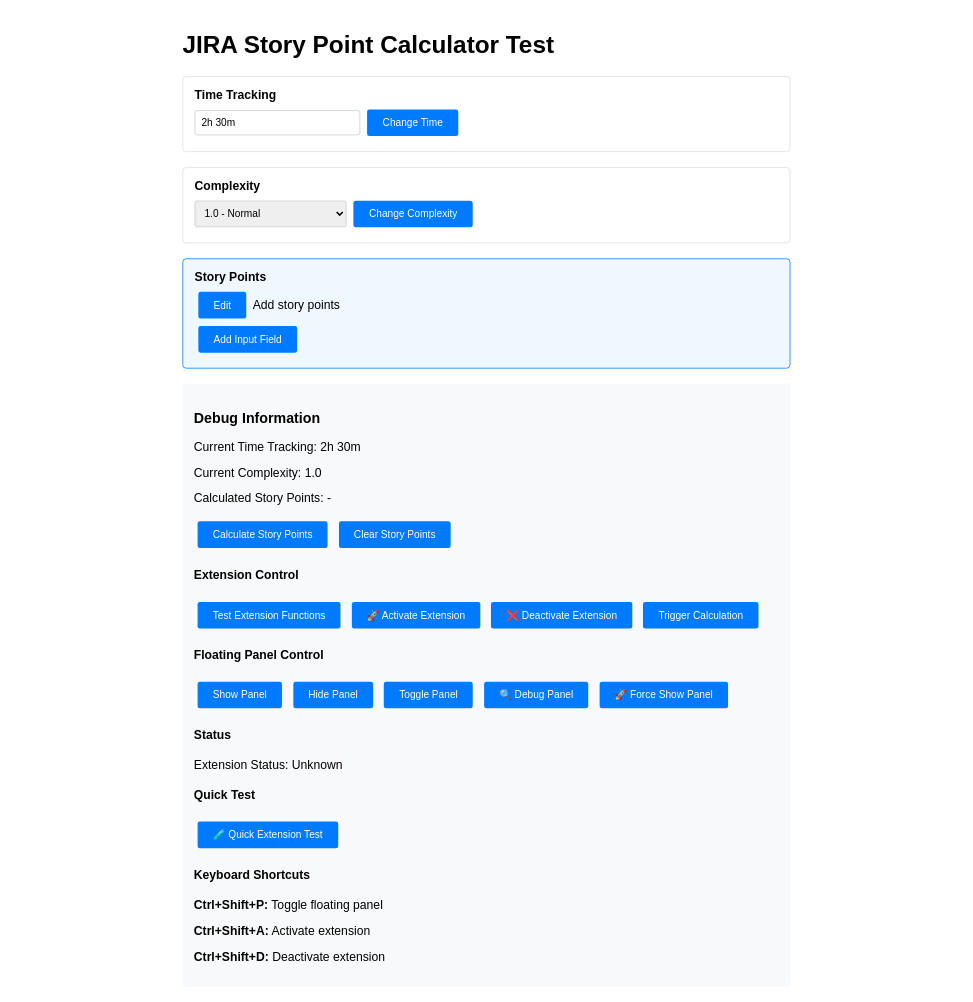
Repository: nirazanbasnet/jira-story-point-calculator
Page: test.html
An editor plug-in stored every save of this project. The page is shown before and after the next save, followed by the edit.
The browser window is 1280 px wide. The pictures show the whole page, at 76% of full size.

Above is the page before, as saved 2025-09-01 19:46:50.

### test.html
<!DOCTYPE html>
<html lang="en">

<head>
    <meta charset="UTF-8">
    <meta name="viewport" content="width=device-width, initial-scale=1.0">
    <title>JIRA Story Point Calculator Test</title>
    <style>
        body {
            font-family: Arial, sans-serif;
            max-width: 800px;
            margin: 0 auto;
            padding: 20px;
        }

        .field-group {
            margin: 20px 0;
            padding: 15px;
            border: 1px solid #ddd;
            border-radius: 5px;
        }

        .field-label {
            font-weight: bold;
            margin-bottom: 5px;
        }

        input,
        select {
            padding: 8px;
            border: 1px solid #ccc;
            border-radius: 3px;
            width: 200px;
        }

        .story-point-field {
            background-color: #f0f8ff;
            border-color: #007bff;
        }

        .debug-info {
            background-color: #f8f9fa;
            padding: 15px;
            border-radius: 5px;
            margin-top: 20px;
        }

        button {
            background-color: #007bff;
            color: white;
            padding: 10px 20px;
            border: none;
            border-radius: 3px;
            cursor: pointer;
            margin: 5px;
        }

        button:hover {
            background-color: #0056b3;
        }
    </style>
</head>

<body>
    <h1>JIRA Story Point Calculator Test</h1>

    <div class="field-group">
        <div class="field-label">Time Tracking</div>
        <input type="text" id="time-tracking" name="time-tracking" placeholder="e.g., 2h 30m" value="2h 30m">
        <button onclick="changeTimeTracking()">Change Time</button>
    </div>

    <div class="field-group">
        <div class="field-label">Complexity</div>
        <select id="complexity" name="complexity">
            <option value="0.1">0.1 - Very Simple</option>
            <option value="0.2">0.2 - Simple</option>
            <option value="0.3">0.3 - Basic</option>
            <option value="0.6">0.6 - Standard</option>
            <option value="1" selected>1.0 - Normal</option>
            <option value="1.5">1.5 - Complex</option>
            <option value="2">2.0 - Very Complex</option>
        </select>
        <button onclick="changeComplexity()">Change Complexity</button>
    </div>

    <div class="field-group story-point-field">
        <div class="field-label">Story Points</div>
        <div data-testid="issue-field-number.ui.issue-field-story-point-estimate--container">
            <div data-testid="issue-field-inline-edit-read-view-container.ui.container" role="presentation">
                <button aria-label="Edit Story Points" type="button">Edit</button>
                <span data-testid="issue-field-story-point-estimate-readview-full.ui.story-point-estimate">
                    <span>Add story points</span>
                </span>
            </div>
        </div>
        <button onclick="addInputField()">Add Input Field</button>
    </div>

    <div class="debug-info">
        <h3>Debug Information</h3>
        <p>Current Time Tracking: <span id="current-time">2h 30m</span></p>
        <p>Current Complexity: <span id="current-complexity">1.0</span></p>
        <p>Calculated Story Points: <span id="calculated-points">-</span></p>
        <button onclick="calculateStoryPoints()">Calculate Story Points</button>
        <button onclick="clearStoryPoints()">Clear Story Points</button>

        <h4>Extension Control</h4>
        <button onclick="testExtensionFunctions()">Test Extension Functions</button>
        <button onclick="activateExtension()">🚀 Activate Extension</button>
        <button onclick="deactivateExtension()">❌ Deactivate Extension</button>
        <button onclick="triggerCalculation()">Trigger Calculation</button>

        <h4>Floating Panel Control</h4>
        <button onclick="showPanel()">Show Panel</button>
        <button onclick="hidePanel()">Hide Panel</button>
        <button onclick="togglePanel()">Toggle Panel</button>
        <button onclick="debugPanel()">🔍 Debug Panel</button>
        <button onclick="forceShowPanel()">🚀 Force Show Panel</button>

        <h4>Status</h4>
        <p id="extension-status">Extension Status: Unknown</p>

        <h4>Quick Test</h4>
        <button onclick="quickTest()">🧪 Quick Extension Test</button>
        <div id="quick-test-results"
            style="margin-top: 10px; padding: 10px; background: #f8f9fa; border-radius: 5px; display: none;">
            <h5>Test Results:</h5>
            <div id="test-results-content"></div>
        </div>

        <h4>Keyboard Shortcuts</h4>
        <p><strong>Ctrl+Shift+P:</strong> Toggle floating panel</p>
        <p><strong>Ctrl+Shift+A:</strong> Activate extension</p>
        <p><strong>Ctrl+Shift+D:</strong> Deactivate extension</p>
    </div>

    <script>
        function changeTimeTracking() {
            const timeInput = document.getElementById('time-tracking');
            const times = ['1h', '45m', '2h 15m', '3h 30m', '1.5h'];
            const randomTime = times[Math.floor(Math.random() * times.length)];
            timeInput.value = randomTime;
            timeInput.dispatchEvent(new Event('input', { bubbles: true }));
            timeInput.dispatchEvent(new Event('change', { bubbles: true }));
            document.getElementById('current-time').textContent = randomTime;
        }

        function changeComplexity() {
            const complexitySelect = document.getElementById('complexity');
            const complexities = [0.1, 0.2, 0.3, 0.6, 1, 1.5, 2];
            const randomComplexity = complexities[Math.floor(Math.random() * complexities.length)];
            complexitySelect.value = randomComplexity;
            complexitySelect.dispatchEvent(new Event('change', { bubbles: true }));
            document.getElementById('current-complexity').textContent = randomComplexity;
        }

        function addInputField() {
            const container = document.querySelector('[data-testid="issue-field-number.ui.issue-field-story-point-estimate--container"]');
            const existingInput = container.querySelector('input');

            if (!existingInput) {
                const input = document.createElement('input');
                input.type = 'number';
                input.step = '0.1';
                input.placeholder = 'Story points';
                input.style.width = '100px';
                input.style.marginLeft = '10px';
                container.appendChild(input);
            }
        }

        function calculateStoryPoints() {
            const timeTracking = document.getElementById('time-tracking').value;
            const complexity = parseFloat(document.getElementById('complexity').value);

            // Simple time parsing for demo
            let hours = 0;
            if (timeTracking.includes('h')) {
                if (timeTracking.includes('m')) {
                    const parts = timeTracking.split(' ');
                    hours = parseFloat(parts[0]) + (parseFloat(parts[1]) / 60);
                } else {
                    hours = parseFloat(timeTracking);
                }
            } else if (timeTracking.includes('m')) {
                hours = parseFloat(timeTracking) / 60;
            } else {
                hours = parseFloat(timeTracking);
            }

            const storyPoints = Math.round((hours * complexity) * 100) / 100;
            document.getElementById('calculated-points').textContent = storyPoints;

            // Update the story point field if it exists
            const input = document.querySelector('[data-testid="issue-field-number.ui.issue-field-story-point-estimate--container"] input');
            if (input) {
                input.value = storyPoints;
                input.dispatchEvent(new Event('input', { bubbles: true }));
                input.dispatchEvent(new Event('change', { bubbles: true }));
            }
        }

        function clearStoryPoints() {
            document.getElementById('calculated-points').textContent = '-';
            const input = document.querySelector('[data-testid="issue-field-number.ui.issue-field-story-point-estimate--container"] input');
            if (input) {
                input.value = '';
                input.dispatchEvent(new Event('input', { bubbles: true }));
                input.dispatchEvent(new Event('change', { bubbles: true }));
            }
        }

        // Simulate JIRA field changes
        setInterval(() => {
            if (Math.random() > 0.7) {
                changeTimeTracking();
            }
        }, 5000);

        setInterval(() => {
            if (Math.random() > 0.8) {
                changeComplexity();
            }
        }, 7000);

        // Extension testing functions
        function testExtensionFunctions() {
            console.log('Testing extension functions...');

            if (window.jiraStoryPointCalculator) {
                console.log('✅ Extension loaded successfully');
                console.log('Extension object:', window.jiraStoryPointCalculator);
            } else {
                console.log('❌ Extension not loaded');
            }

            if (window.triggerStoryPointCalculation) {
                console.log('✅ triggerStoryPointCalculation function available');
            } else {
                console.log('❌ triggerStoryPointCalculation function not available');
            }

            if (window.toggleStoryPointPanel) {
                console.log('✅ toggleStoryPointPanel function available');
            } else {
                console.log('❌ toggleStoryPointPanel function not available');
            }
        }

        function activateExtension() {
            if (window.activateStoryPointCalculator) {
                const result = window.activateStoryPointCalculator();
                document.getElementById('extension-status').textContent = `Extension Status: Activated (Result: ${result})`;
                console.log('Activate extension result:', result);
            } else {
                console.log('❌ activateStoryPointCalculator function not available');
            }
        }

        function deactivateExtension() {
            if (window.deactivateStoryPointCalculator) {
                const result = window.deactivateStoryPointCalculator();
                document.getElementById('extension-status').textContent = `Extension Status: Deactivated (Result: ${result})`;
                console.log('Deactivate extension result:', result);
            } else {
                console.log('❌ deactivateStoryPointCalculator function not available');
            }
        }

        function triggerCalculation() {
            if (window.triggerStoryPointCalculation) {
                const result = window.triggerStoryPointCalculation();
                console.log('Trigger calculation result:', result);
            } else {
                console.log('❌ triggerStoryPointCalculation function not available');
            }
        }

        // Panel control functions
        function showPanel() {
            if (window.showStoryPointPanel) {
                const result = window.showStoryPointPanel();
                console.log('Show panel result:', result);
            } else {
                console.log('❌ showStoryPointPanel function not available');
            }
        }

        function hidePanel() {
            if (window.hideStoryPointPanel) {
                const result = window.hideStoryPointPanel();
                console.log('Hide panel result:', result);
            } else {
                console.log('❌ hideStoryPointPanel function not available');
            }
        }

        function togglePanel() {
            if (window.toggleStoryPointPanel) {
                const result = window.toggleStoryPointPanel();
                console.log('Toggle panel result:', result);
            } else {
                console.log('❌ toggleStoryPointPanel function not available');
            }
        }

        function debugPanel() {
            if (window.debugStoryPointPanel) {
                const result = window.debugStoryPointPanel();
                console.log('Debug panel result:', result);
            } else {
                console.log('❌ debugStoryPointPanel function not available');
            }
        }

        function forceShowPanel() {
            if (window.forceShowStoryPointPanel) {
                const result = window.forceShowStoryPointPanel();
                console.log('Force show panel result:', result);
            } else {
                console.log('❌ forceShowStoryPointPanel function not available');
            }
        }

        function quickTest() {
            const resultsDiv = document.getElementById('quick-test-results');
            const contentDiv = document.getElementById('test-results-content');
            resultsDiv.style.display = 'block';

            let results = '<ul>';

            // Test 1: Check if extension is loaded
            if (window.jiraStoryPointCalculator) {
                results += '<li>✅ Extension loaded</li>';
            } else {
                results += '<li>❌ Extension not loaded</li>';
            }

            // Test 2: Check if global functions are available
            if (window.activateStoryPointCalculator) {
                results += '<li>✅ activateStoryPointCalculator available</li>';
            } else {
                results += '<li>❌ activateStoryPointCalculator not available</li>';
            }

            // Test 3: Check if floating panel exists
            if (window.jiraStoryPointCalculator && window.jiraStoryPointCalculator.floatingPanel) {
                results += '<li>✅ Floating panel exists</li>';
            } else {
                results += '<li>❌ Floating panel does not exist</li>';
            }

            // Test 4: Check panel visibility
            if (window.jiraStoryPointCalculator && window.jiraStoryPointCalculator.floatingPanel) {
                const panel = window.jiraStoryPointCalculator.floatingPanel;
                const computedStyle = window.getComputedStyle(panel);
                results += `<li>Panel display: ${computedStyle.display}</li>`;
                results += `<li>Panel visibility: ${computedStyle.visibility}</li>`;
                results += `<li>Panel z-index: ${computedStyle.zIndex}</li>`;
            }

            results += '</ul>';
            contentDiv.innerHTML = results;
        }
    </script>
</body>

</html>

After the next save:
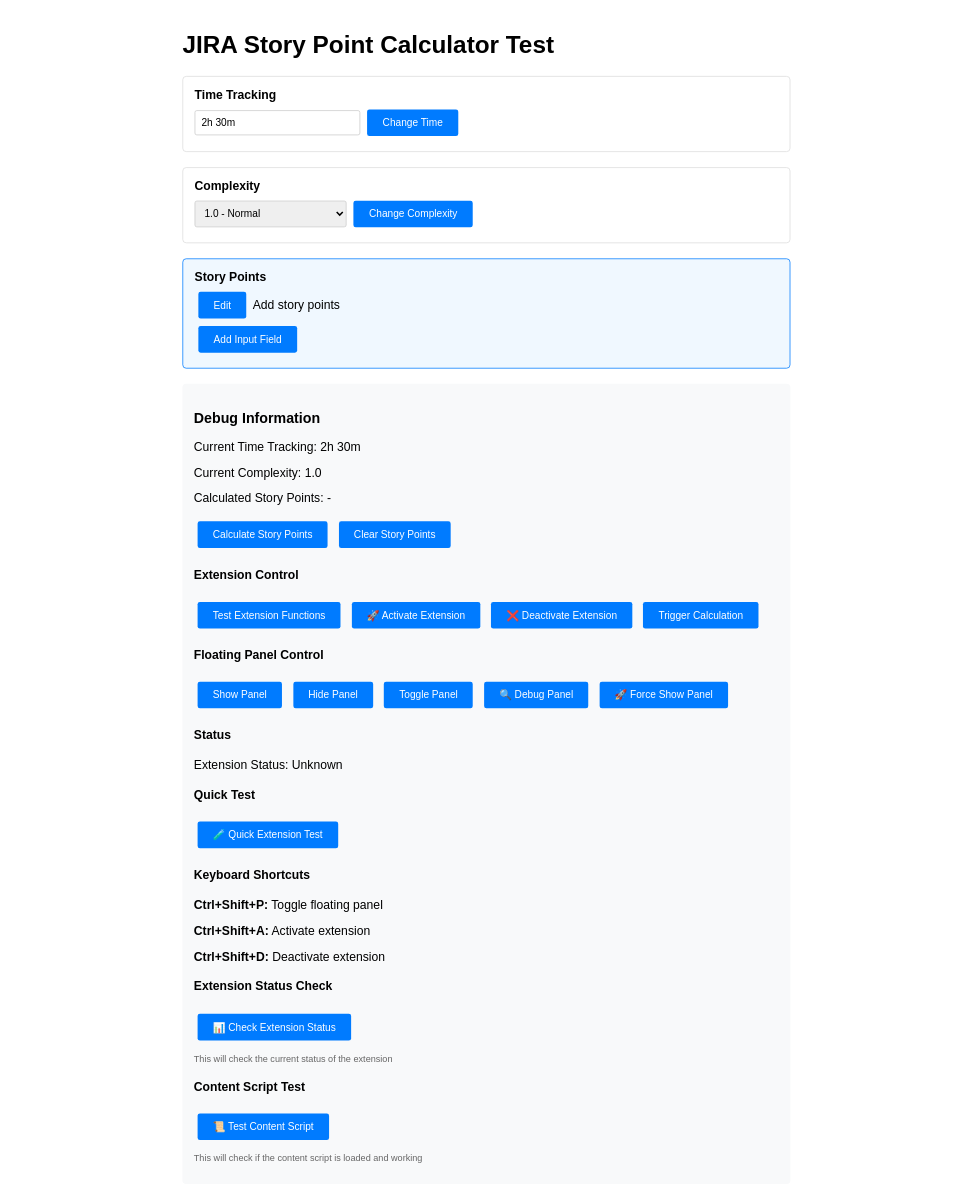
Saved 4 s later.
--- a/test.html
+++ b/test.html
@@ -133,6 +133,14 @@
         <p><strong>Ctrl+Shift+P:</strong> Toggle floating panel</p>
         <p><strong>Ctrl+Shift+A:</strong> Activate extension</p>
         <p><strong>Ctrl+Shift+D:</strong> Deactivate extension</p>
+
+        <h4>Extension Status Check</h4>
+        <button onclick="checkExtensionStatus()">📊 Check Extension Status</button>
+        <p style="font-size: 12px; color: #666;">This will check the current status of the extension</p>
+
+        <h4>Content Script Test</h4>
+        <button onclick="testContentScript()">📜 Test Content Script</button>
+        <p style="font-size: 12px; color: #666;">This will check if the content script is loaded and working</p>
     </div>
 
     <script>
@@ -363,6 +371,29 @@
             results += '</ul>';
             contentDiv.innerHTML = results;
         }
+
+        function checkExtensionStatus() {
+            if (window.jiraStoryPointCalculator) {
+                console.log('📊 Checking extension status...');
+                console.log('Extension object:', window.jiraStoryPointCalculator);
+                document.getElementById('extension-status').textContent = `Extension Status: Active`;
+            } else {
+                console.log('📊 Checking extension status...');
+                console.log('Extension object: Not loaded');
+                document.getElementById('extension-status').textContent = `Extension Status: Inactive`;
+            }
+        }
+
+        function testContentScript() {
+            console.log('📜 Testing content script...');
+            if (window.jiraStoryPointCalculator) {
+                console.log('✅ Content script is loaded and available.');
+                document.getElementById('extension-status').textContent = `Content Script Status: Active`;
+            } else {
+                console.log('❌ Content script is not loaded or not available.');
+                document.getElementById('extension-status').textContent = `Content Script Status: Inactive`;
+            }
+        }
     </script>
 </body>
 

After the save that followed:
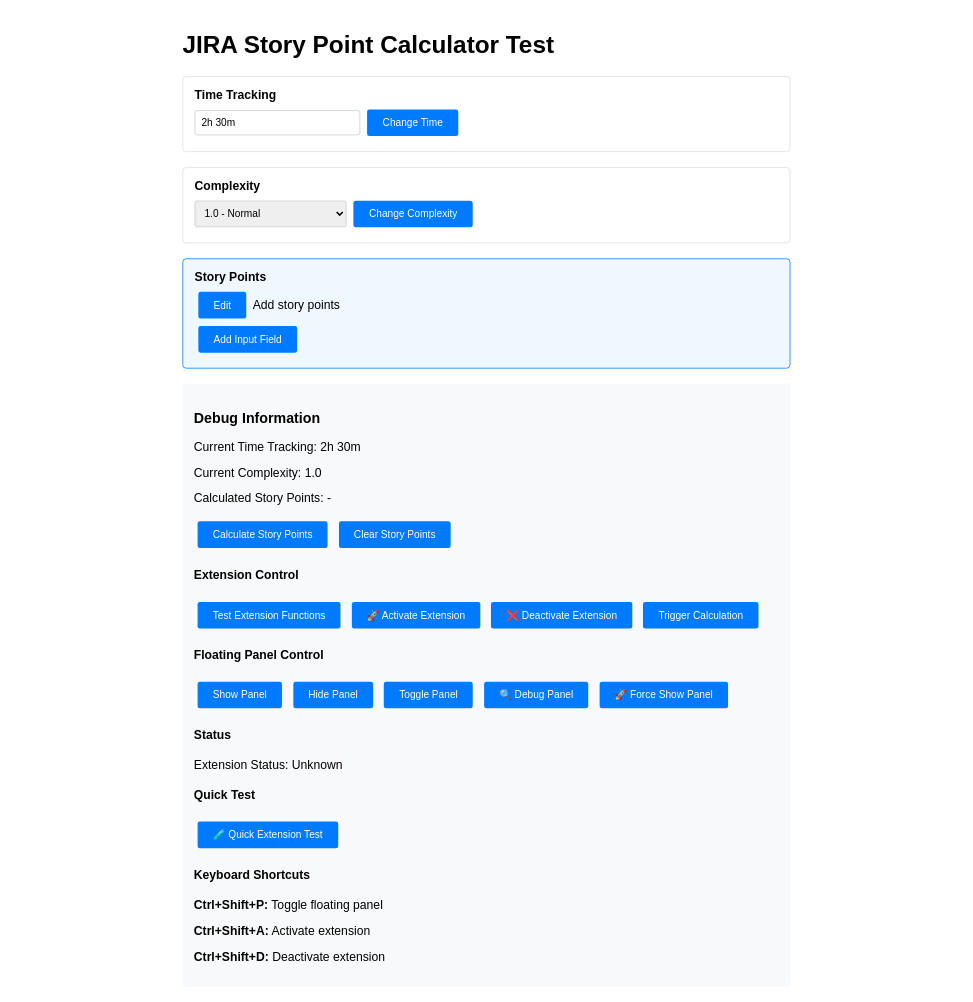
Saved 12 s later.
--- a/test.html
+++ b/test.html
@@ -133,14 +133,6 @@
         <p><strong>Ctrl+Shift+P:</strong> Toggle floating panel</p>
         <p><strong>Ctrl+Shift+A:</strong> Activate extension</p>
         <p><strong>Ctrl+Shift+D:</strong> Deactivate extension</p>
-
-        <h4>Extension Status Check</h4>
-        <button onclick="checkExtensionStatus()">📊 Check Extension Status</button>
-        <p style="font-size: 12px; color: #666;">This will check the current status of the extension</p>
-
-        <h4>Content Script Test</h4>
-        <button onclick="testContentScript()">📜 Test Content Script</button>
-        <p style="font-size: 12px; color: #666;">This will check if the content script is loaded and working</p>
     </div>
 
     <script>
@@ -371,29 +363,6 @@
             results += '</ul>';
             contentDiv.innerHTML = results;
         }
-
-        function checkExtensionStatus() {
-            if (window.jiraStoryPointCalculator) {
-                console.log('📊 Checking extension status...');
-                console.log('Extension object:', window.jiraStoryPointCalculator);
-                document.getElementById('extension-status').textContent = `Extension Status: Active`;
-            } else {
-                console.log('📊 Checking extension status...');
-                console.log('Extension object: Not loaded');
-                document.getElementById('extension-status').textContent = `Extension Status: Inactive`;
-            }
-        }
-
-        function testContentScript() {
-            console.log('📜 Testing content script...');
-            if (window.jiraStoryPointCalculator) {
-                console.log('✅ Content script is loaded and available.');
-                document.getElementById('extension-status').textContent = `Content Script Status: Active`;
-            } else {
-                console.log('❌ Content script is not loaded or not available.');
-                document.getElementById('extension-status').textContent = `Content Script Status: Inactive`;
-            }
-        }
     </script>
 </body>
 
